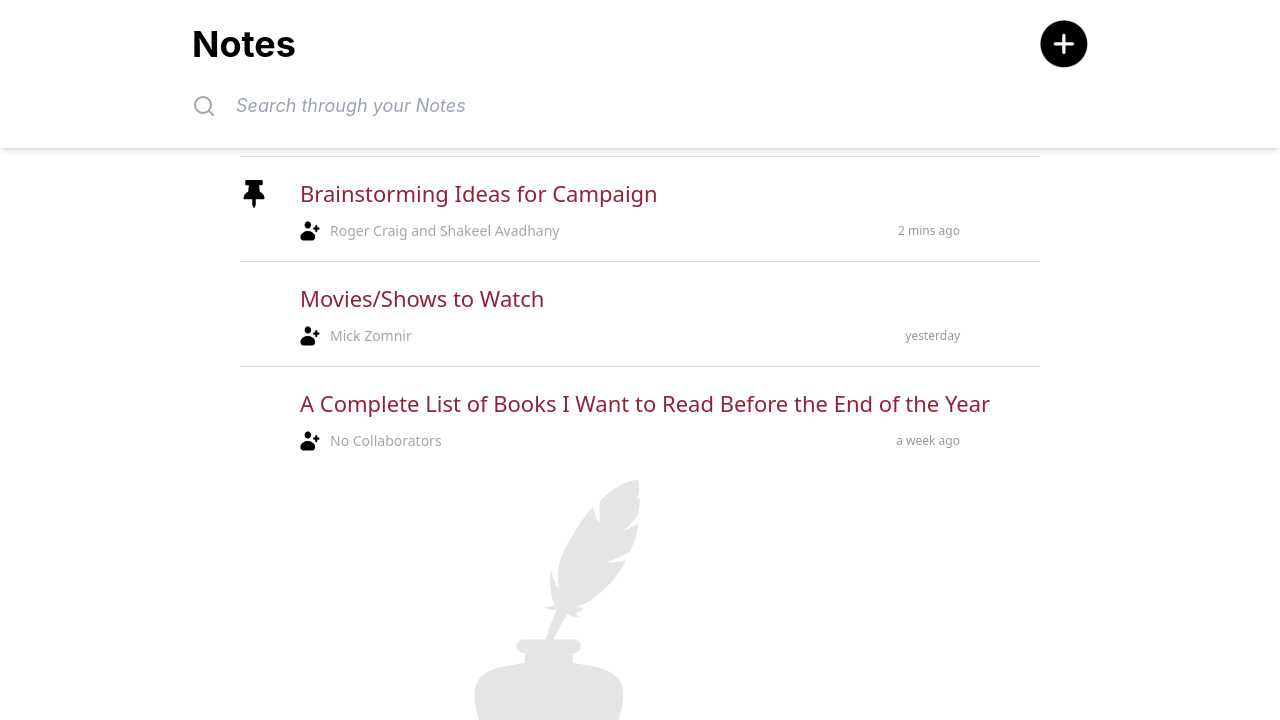
Repository: shabiasaeed/Notes-app
Page: /
The author's editor kept a copy of each file at every save. The page is drawn from the files as they stood at one save, then again after the next save.
The browser window is 1280 px wide. The pictures show the whole page.
The project was rebuilt for these pictures with package versions that can differ from the ones it lists, and the page was loaded fresh each time. Also part of the build but not shown: src/components/Header.css, src/App.css.

Above is the page before, as saved 2025-01-01 18:02:46.

After the next save:
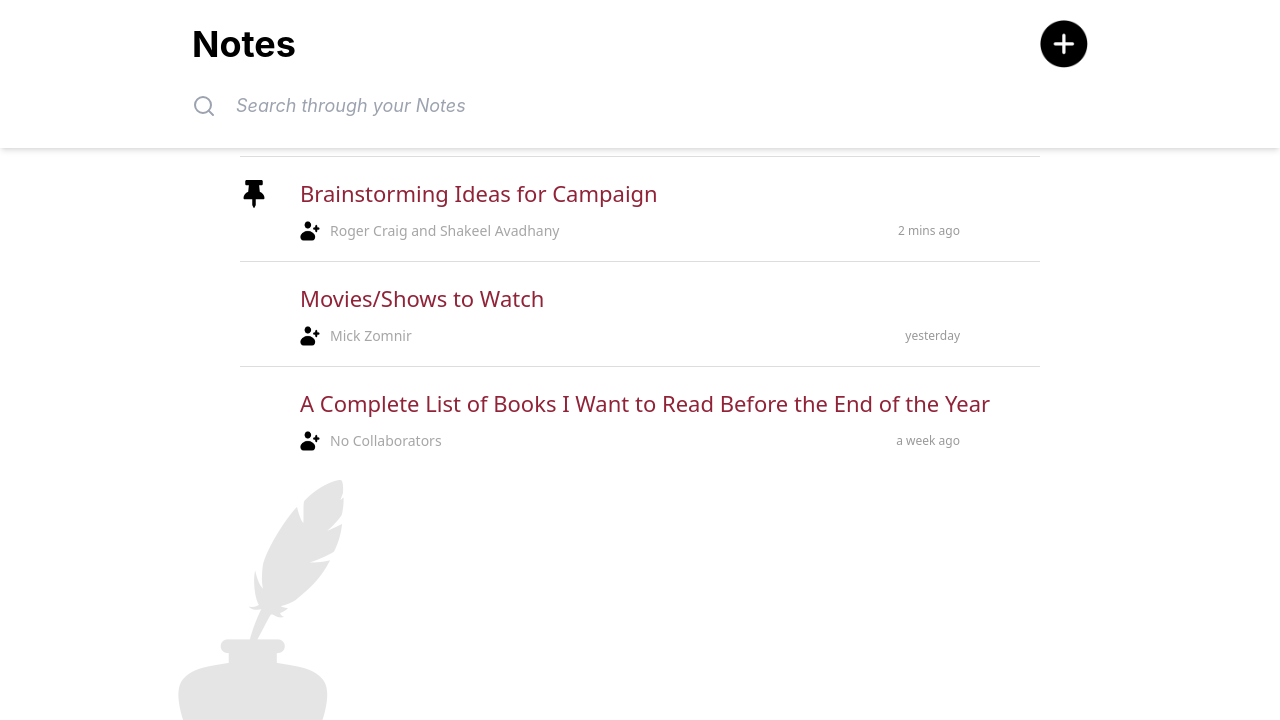
Saved 8 s later.
--- a/src/App.js
+++ b/src/App.js
@@ -49,7 +49,7 @@
     <div className="App">
       <Header setSearchNotes={setSearchNotes}/>
       <main className="p-2 relative flex flex-col items-center font-sans">
-        <img src={backgroundInk} alt="Ink Element" className="fixed top-2/3 right-1/6 transform -translate-x-1/2 z-[-1] w-26"/>
+        <img src={backgroundInk} alt="Ink Element" className="fixed top-2/3 right-2/3 transform -translate-x-1/2 z-[-1] w-26"/>
         {sortedNotes.map((note, index) => (
           <Note key={index} title={note.title} author={note.author} time={note.time} pinned={note.pinned} onDelete={handleDelete} onPinToggle={handlePinToggle}/>
         ))}

After the save that followed:
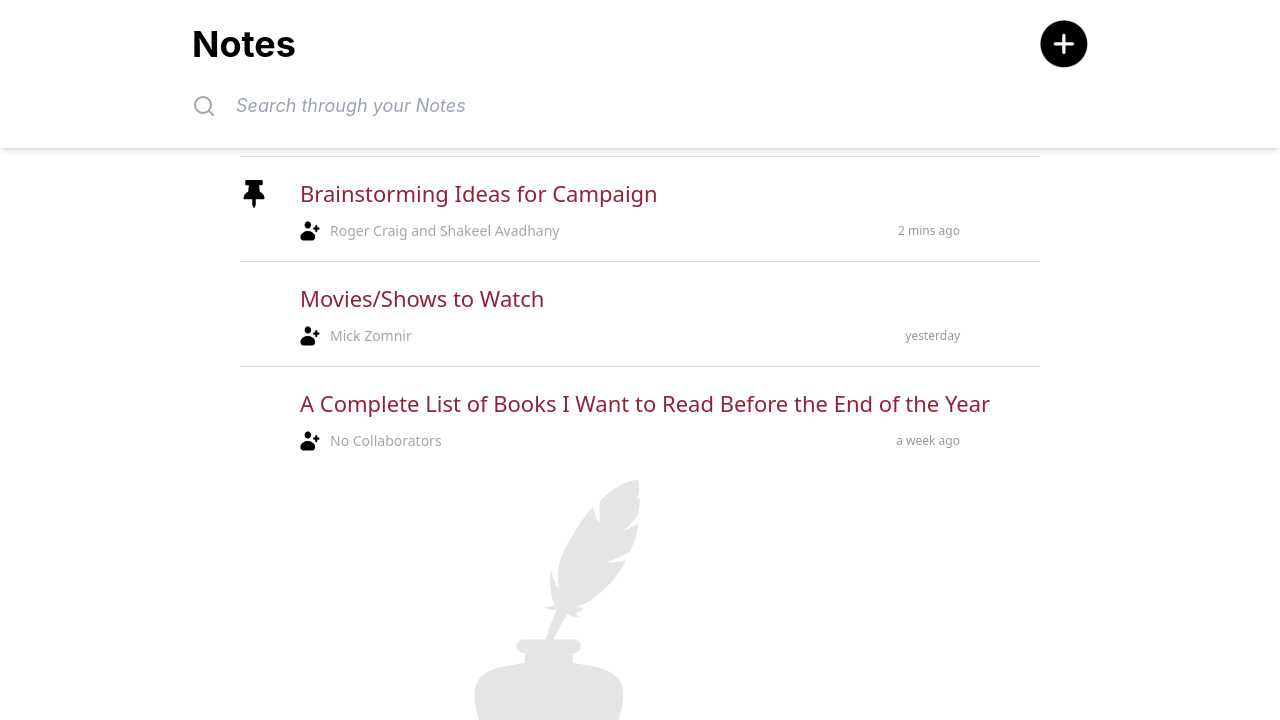
Saved 8 s later.
--- a/src/App.js
+++ b/src/App.js
@@ -49,7 +49,7 @@
     <div className="App">
       <Header setSearchNotes={setSearchNotes}/>
       <main className="p-2 relative flex flex-col items-center font-sans">
-        <img src={backgroundInk} alt="Ink Element" className="fixed top-2/3 right-2/3 transform -translate-x-1/2 z-[-1] w-26"/>
+        <img src={backgroundInk} alt="Ink Element" className="fixed top-2/3 right-2/1 transform -translate-x-1/2 z-[-1] w-26"/>
         {sortedNotes.map((note, index) => (
           <Note key={index} title={note.title} author={note.author} time={note.time} pinned={note.pinned} onDelete={handleDelete} onPinToggle={handlePinToggle}/>
         ))}
